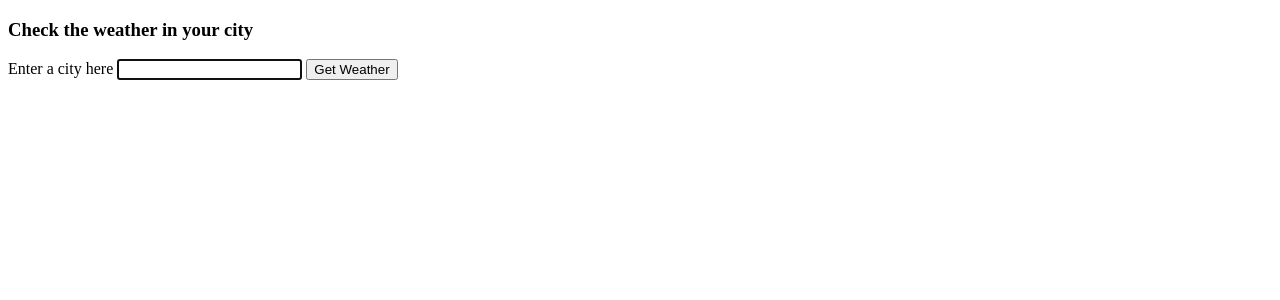
Repository: Naomilounsbury/weather-dashboard
Page: index.html
An editor plug-in stored every save of this project. The page is shown before and after the next save, followed by the edit.
The browser window is 1280 px wide. The pictures show the whole page.
Some web libraries are served in a nearby version.

Above is the page before, as saved 2021-12-10 13:08:16.

### index.html
<!DOCTYPE html>
<html lang="en">

<head>
    <meta charset="UTF-8">
    <meta http-equiv="X-UA-Compatible" content="IE=edge">
    <meta name="viewport" content="width=device-width, initial-scale=1.0">
    <title>weather-dashboard</title>
</head>

<body>
    <div class="holdingmyform col-12 col-md-8" >
        <h3 class="weathersearch">Check the weather in your city</h3>
        <form id="weather-form">
            <label class="freaken-label" for="city">Enter a city here</label>
            <input name="city" class="city-name"type="text" autofocus="true">
            <button type="submit" class="btn">
                Get Weather
            </button>
        </form>
    </div>
    <div class="col-12 col-md-8">
        <div id="city"></div>
      </div>
      <div class = "temperature"></div>
      <div class = "wind-speed"></div>
      <div class = "humidity"></div>
      <div class="forecast">

      </div>
      <script src="https://cdnjs.cloudflare.com/ajax/libs/moment.js/2.24.0/moment.min.js"></script>
    <script src="https://code.jquery.com/jquery-3.4.1.min.js"></script>
    <script src="./assets/js/script.js"></script>
</body>

</html>

### assets/js/script.js
//we are fetchingthe api currently we are in miami but hopefully we can change cities
//my requestUrl is a string and we have to make the city part of the string dynamic so will need backticks
//and connect it to the form

//hopefully the way this works is when a city is entered it fetches that data
var nameInputEl = document.querySelector(".city-name");
var getWeather = function (event) {


    //so the whole url needs to be dynamic so I have to put backticks on the whole thing
    //then the dollar sign and curly braces signal javascript that there will be code in here and the code will evaluate to a string that
    // will be input in this position
    var requestURL = `https://api.openweathermap.org/data/2.5/weather?q=${nameInputEl.value.trim()}&appid=82b88905657c227b366aeed2a3762dff&units=metric`
    event.preventDefault()
    //need a variable that lets the getweather function have access to the data
    //and return that data
    //type of is a weird one
    console.log(nameInputEl.value)

    fetch(requestURL)
        // after the request finishes, so when the promise resovles the then part is a function that runs once the promise resolves
        .then(function (response) {
            //there is a .then inside of a .then, why does this work????
            //response.json: the response there is a promise
            //when we do a fetch requestUrl we get a promise that respolves to an object
            //when we do the .then we're making a temporary variable named "response"
            //and a response objuserFormEl.addEventListener("submit", formSubmitHandler);ect and the response object has a .json object on it that returns a promise so we need another .then to capture when the
            //promise is resolved
            //dataData is now another temporary variable that we are using so that when response.json resolves it gets
            //put into the temporary variable and we can work with it inside the function
            return response.json()
        }).then(function (dataData) {
            displayCurrentCity(dataData)
            getForecast(dataData.coord)
        })



    //had to make the response .json because there wasn't any data otherwise
    //.json is the way to get the data out of the response

    //this console log is ouside the fetch
    console.log("outside");
}

// so I grabbed the weather form using jquery and saved it in citySearchName/jquery just messes things up
var citySearchName = document.querySelector("#weather-form");

//I'm not sure if it would be citySearchEl or the button to put the event listener on
// apparently I need the event listener, it needs to be outside the function because we want it to be added as soon as the page loads
citySearchName.addEventListener("submit", getWeather);
var weatherContainerEl = document.querySelector(".cities-container");
var citiesSearch = document.querySelector("#cities")



//creating a function that saves the data in local storage
var saveData = function (city, data) {
    console.log(city)
    console.log(data)
    localStorage.setItem(city, data)
}
var displayCurrentCity = function (data) {
    console.log(data)
    //city date icon temperature wind speed humidity
    //five day forecast for the city
    var displayDate = moment.unix(data.dt).format('MMMM Do YYYY');
    var cityEl = document.querySelector("#city");
    cityEl.innerHTML = `${data.name} ${displayDate} <img src=http://openweathermap.org/img/wn/${data.weather[0].icon}@2x.png>`
    var temperatureEl = document.querySelector(".temperature")
    var windSpeedEl = document.querySelector(".wind-speed")
    var humidityEl = document.querySelector(".humidity")
    temperatureEl.textContent = "Temperature:" + `${data.main.temp}`+"°C"
    windSpeedEl.textContent = "Wind Speed:" + `${data.wind.speed}`+ "m/s"
    humidityEl.textContent = "Humidity:" + `${data.main.humidity}`+ "%"
    //do I need to append childs here
    //whys this not sh owing up




}
//first add more html elements for current city
//insert data into elements via javascrpt
//create a new display forecast function to display the five day forecast
//display forecast function should go right before I call save data





var fiveDayForecastEl = document.querySelector(".forecast")

var getForecast = function (coord) {
    var forecastUrl = `https://api.openweathermap.org/data/2.5/onecall?lat=${coord.lat}&lon=${coord.lon}&exclude={part}&appid=82b88905657c227b366aeed2a3762dff`

    fetch(forecastUrl).then(function (forecastResponse) {
        return forecastResponse.json()
    }).then(function (forecastData) {
        displayForecast(forecastData)
        //TODO call my display forcast function here
        //so by calling saveData inside the .then on the .then we are getting data
        saveData(nameInputEl.value.trim(), forecastData)
    })


}

var displayForecast = function (forecastData) {

    console.log(forecastData)
    //the for loop is so it runs through all days and hopefully puts them on the page
    for (var i = 1; i < forecastData.daily.length-2; i++) {
        // Create a list element

        var dailyData = forecastData.daily[i]
        var displayDate = moment.unix(dailyData.dt).format('MMMM Do YYYY');

        var header = document.createElement('h3');
        var listItem = document.createElement('li');
        var temperatureEl = document.createElement('p')
        var windSpeedEl = document.createElement('p')
        var humidityEl = document.createElement('p')

        //TODO add some text to make it look nice
        temperatureEl.textContent = `${dailyData.temp.day}`
        windSpeedEl.textContent = `${dailyData.wind_speed}`
        humidityEl.textContent= `${dailyData.humidity}`
        header.innerHTML =`<img src=http://openweathermap.org/img/wn/${dailyData.weather[0].icon}@2x.png> ${displayDate}`;
        fiveDayForecastEl.appendChild(listItem);

        // listItem.textContent = `${forecastData.daily[i]}`;
        listItem.appendChild(header);
        listItem.append(temperatureEl, windSpeedEl, humidityEl);





    }

}

After the next save:
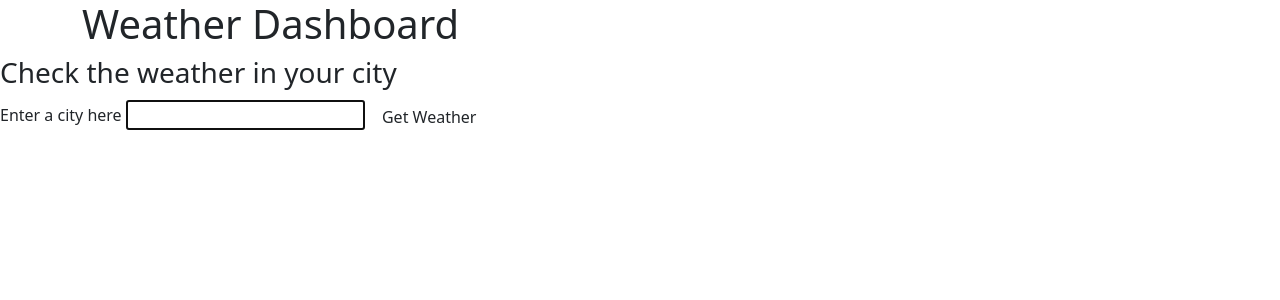
Saved 23 min 50 s later.
--- a/index.html
+++ b/index.html
@@ -5,15 +5,22 @@
     <meta charset="UTF-8">
     <meta http-equiv="X-UA-Compatible" content="IE=edge">
     <meta name="viewport" content="width=device-width, initial-scale=1.0">
+    <link href="https://cdn.jsdelivr.net/npm/bootstrap@5.1.3/dist/css/bootstrap.min.css" rel="stylesheet"
+        integrity="sha384-1BmE4kWBq78iYhFldvKuhfTAU6auU8tT94WrHftjDbrCEXSU1oBoqyl2QvZ6jIW3" crossorigin="anonymous">
     <title>weather-dashboard</title>
 </head>
 
 <body>
-    <div class="holdingmyform col-12 col-md-8" >
+    <div class="container">
+        <h1 class="row-12">
+            Weather Dashboard
+        </h1>
+    </div>
+    <div class="holdingmyform col-12 col-md-8">
         <h3 class="weathersearch">Check the weather in your city</h3>
         <form id="weather-form">
             <label class="freaken-label" for="city">Enter a city here</label>
-            <input name="city" class="city-name"type="text" autofocus="true">
+            <input name="city" class="city-name" type="text" autofocus="true">
             <button type="submit" class="btn">
                 Get Weather
             </button>
@@ -21,14 +28,17 @@
     </div>
     <div class="col-12 col-md-8">
         <div id="city"></div>
-      </div>
-      <div class = "temperature"></div>
-      <div class = "wind-speed"></div>
-      <div class = "humidity"></div>
-      <div class="forecast">
+    </div>
+    <div class="temperature"></div>
+    <div class="wind-speed"></div>
+    <div class="humidity"></div>
+    <div class="forecast">
 
-      </div>
-      <script src="https://cdnjs.cloudflare.com/ajax/libs/moment.js/2.24.0/moment.min.js"></script>
+    </div>
+    <script src="https://cdn.jsdelivr.net/npm/bootstrap@5.1.3/dist/js/bootstrap.bundle.min.js"
+        integrity="sha384-ka7Sk0Gln4gmtz2MlQnikT1wXgYsOg+OMhuP+IlRH9sENBO0LRn5q+8nbTov4+1p"
+        crossorigin="anonymous"></script>
+    <script src="https://cdnjs.cloudflare.com/ajax/libs/moment.js/2.24.0/moment.min.js"></script>
     <script src="https://code.jquery.com/jquery-3.4.1.min.js"></script>
     <script src="./assets/js/script.js"></script>
 </body>
